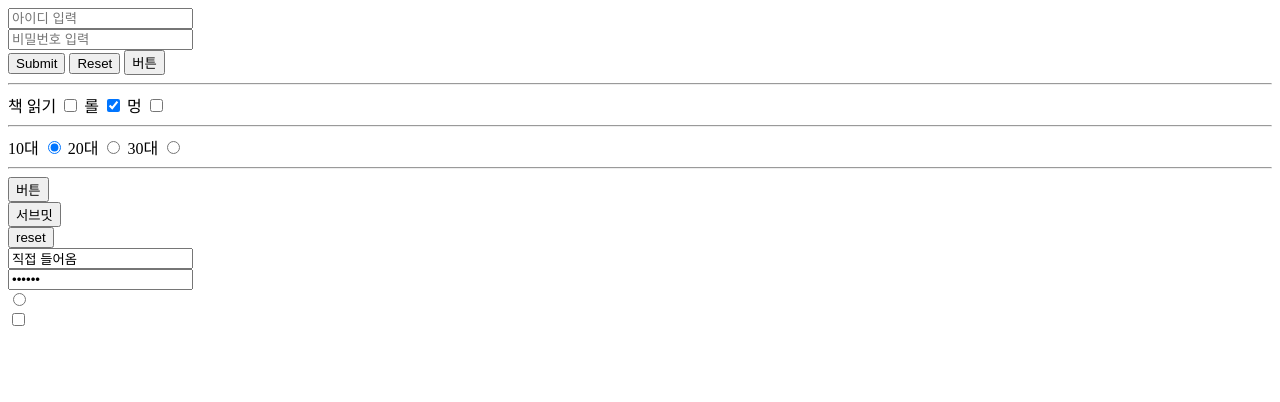
Repository: basstpgns/20201029html
Page: jsp/html/test02.html
The author's editor kept a copy of each file at every save. The page is drawn from the files as they stood at one save, then again after the next save.
The browser window is 1280 px wide. The pictures show the whole page.

Above is the page before, as saved 2020-10-30 01:12:40.

After the next save:
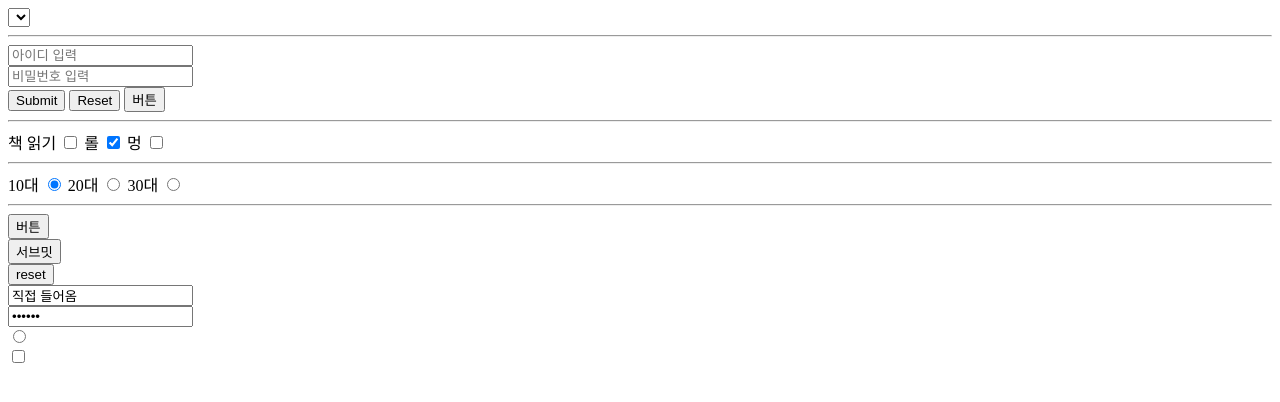
Saved 41 s later.
--- a/jsp/html/test02.html
+++ b/jsp/html/test02.html
@@ -5,6 +5,8 @@
 <title>Insert title here</title>
 </head>
 <body>
+<select size="1" name="select"></select>
+<hr>
 	<form action="test01.html" method="post"> <!-- 버튼을 동작하기 위한 명령어 -->
 		<input type="text" name="id" placeholder="아이디 입력"><br>
 		<!--
